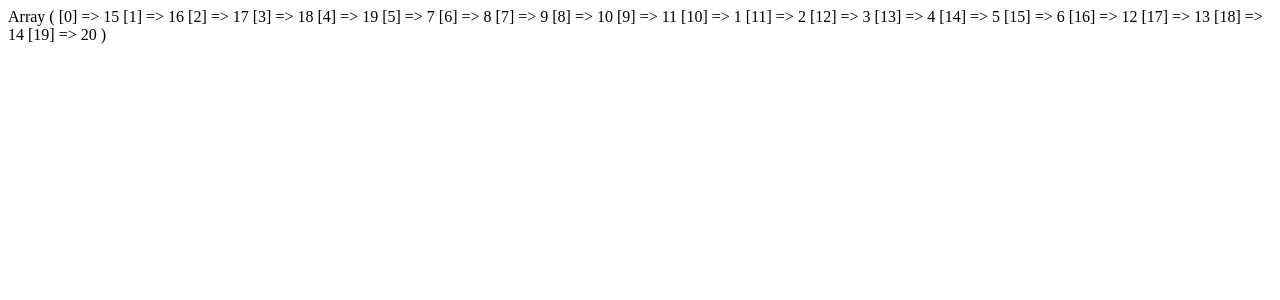
Repository: wangying713/algo
Page: http://localhost/test/0221/BucketSort.php
These files come from the project's save history. The page is drawn as it stood at one moment and after the next save; the edit follows.
The browser window is 1280 px wide. The pictures show the whole page.
The page is run by PHP 8.4 with error messages shown; the project is at /var/www/html/.

Above is the page before, as saved 2020-02-22 00:25:57.

After the next save:
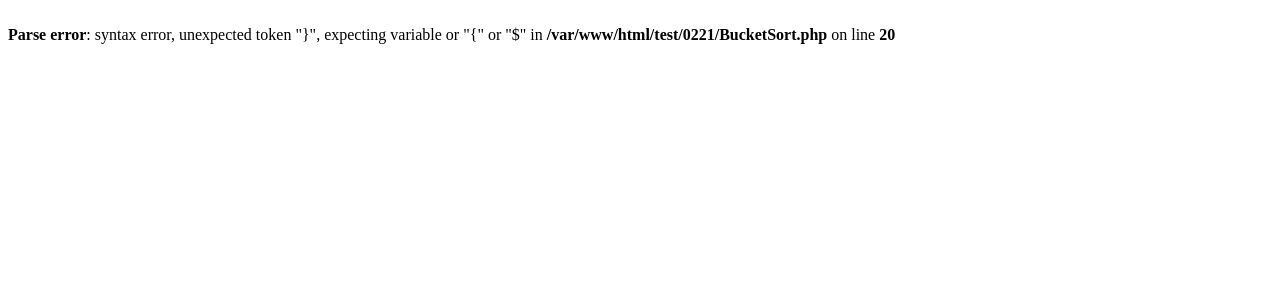
Saved 14 s later.
--- a/test/0221/BucketSort.php
+++ b/test/0221/BucketSort.php
@@ -13,8 +13,10 @@
 
     // 用来计算桶的个数。区间跨度 ($val-$min)/$bucketSize;
     $min = min($arr);
+    $buckets = [];
     for ($i = 0; $i < $count; $i++) {
         $index = (int) (($arr[$i] - $min) / $bucketSize);
+        $
     }
 }
 

After the save that followed:
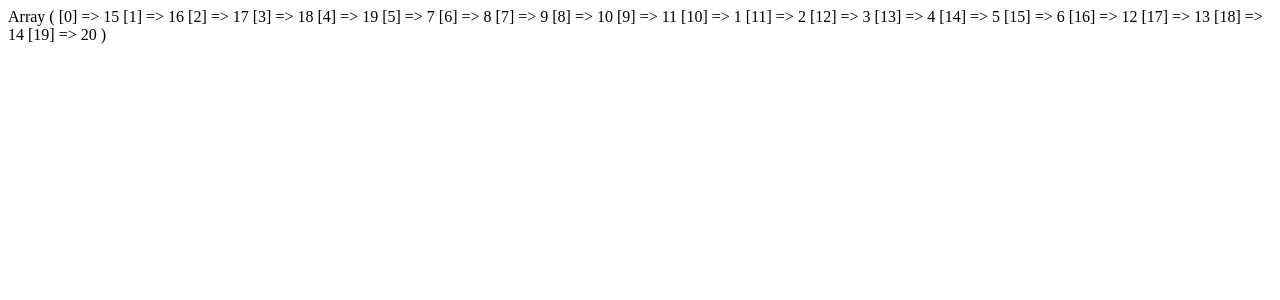
Saved 45 s later.
--- a/test/0221/BucketSort.php
+++ b/test/0221/BucketSort.php
@@ -16,7 +16,7 @@
     $buckets = [];
     for ($i = 0; $i < $count; $i++) {
         $index = (int) (($arr[$i] - $min) / $bucketSize);
-        $
+        $buckets[$index][] = $arr[$i];
     }
 }
 
